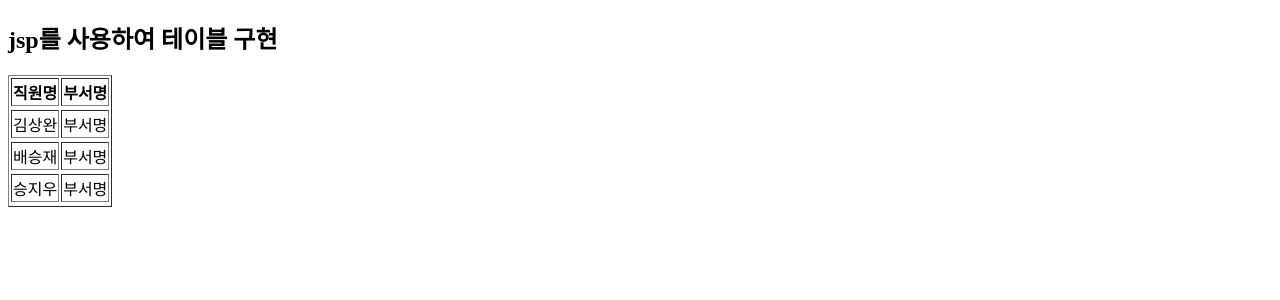
Repository: jihyeon00/java_web_sol
Page: http://localhost/jspweb_07/forstat_ex.jsp
These files come from the project's save history. The page is drawn as it stood at one moment and after the next save; the edit follows.
The browser window is 1280 px wide. The pictures show the whole page.
The page is served by Tomcat 9.

Above is the page before, as saved 2024-01-11 00:48:39.

After the next save:
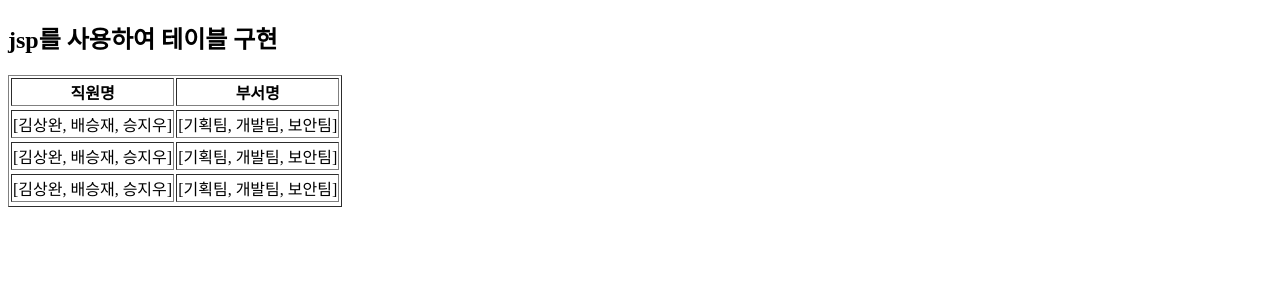
Saved 22 min 40 s later.
--- a/workspace_stsb/jspweb_07/src/main/webapp/forstat_ex.jsp
+++ b/workspace_stsb/jspweb_07/src/main/webapp/forstat_ex.jsp
@@ -25,10 +25,12 @@
 		out.println("<th>부서명</th>");
 		out.println("<tr>");
 
-		for(String name1 : name){
+		// 배열에서는 length를 사용하지만
+		// 자바에서는 객체라는 개념을 많이 사용하여 size()를 사용한다.
+		for(int i=0;i<name.size();i++){
 		out.println("<tr>");
-		out.println("<td>"+ name1 + "</td>");
-		out.println("<td>부서명</td>");
+		out.println("<td>"+ name + "</td>");
+		out.println("<td>"+ departName + "</td>");
 		out.println("<tr>");
 
 		}
